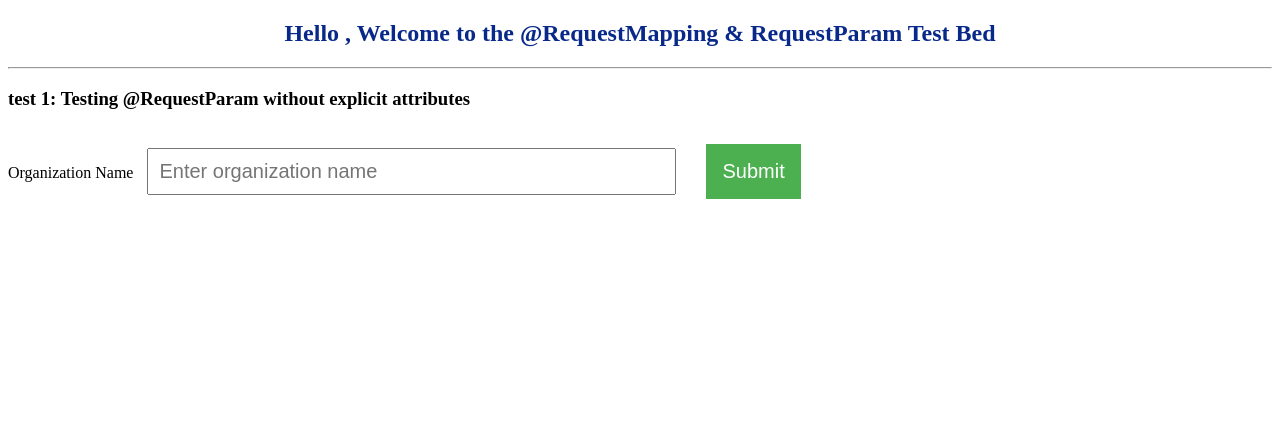
Repository: arrmixer/Java_Spring
Page: http://localhost/spring-mvc-model-attribute-demo/WEB-INF/views/requestMappingAndParamHome.jsp
An editor plug-in stored every save of this project. The page is shown before and after the next save, followed by the edit.
The browser window is 1280 px wide. The pictures show the whole page.
The page is served by Tomcat 9. Nobody is signed in. The template is opened directly, without the code that normally fills it, so the values that code supplies are empty.

Above is the page before, as saved 2017-07-24 17:14:10.

After the next save:
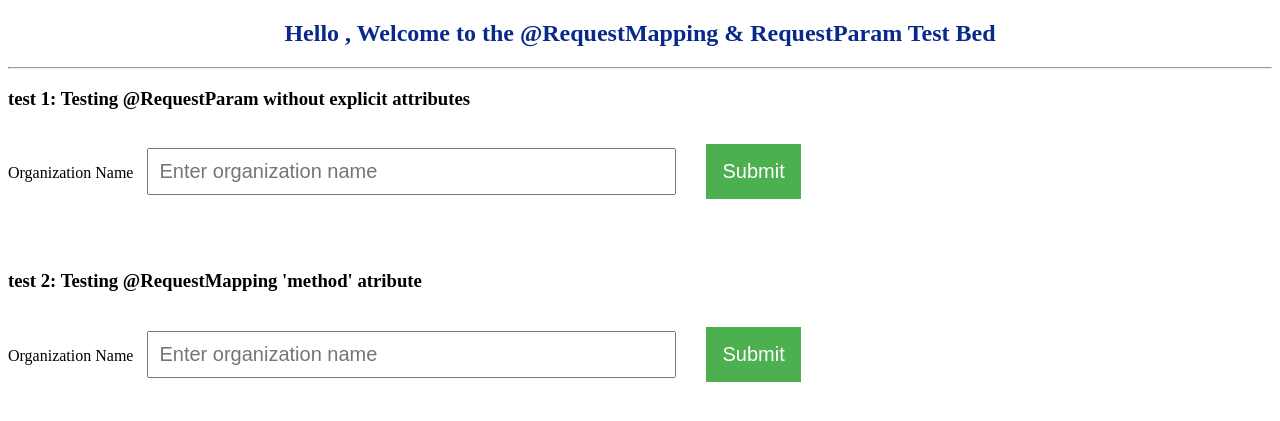
Saved 14 min 29 s later.
--- a/spring-mvc-model-attribute-demo/WebContent/WEB-INF/views/requestMappingAndParamHome.jsp
+++ b/spring-mvc-model-attribute-demo/WebContent/WEB-INF/views/requestMappingAndParamHome.jsp
@@ -38,6 +38,13 @@
 			<input type="text" name="orgName" placeholder="Enter organization name" size="40">
 			<input type="submit" value="Submit"/>
 		</form>
+		<br/><br>
+		<form action="test2">
+			<h3>test 2: Testing @RequestMapping 'method' atribute</h3>
+			<label id="organization-name">Organization Name</label>
+			<input type="text" name="orgName" placeholder="Enter organization name" size="40">
+			<input type="submit" value="Submit"/>
+		</form>
 	</div>
 </body>
 </html>
